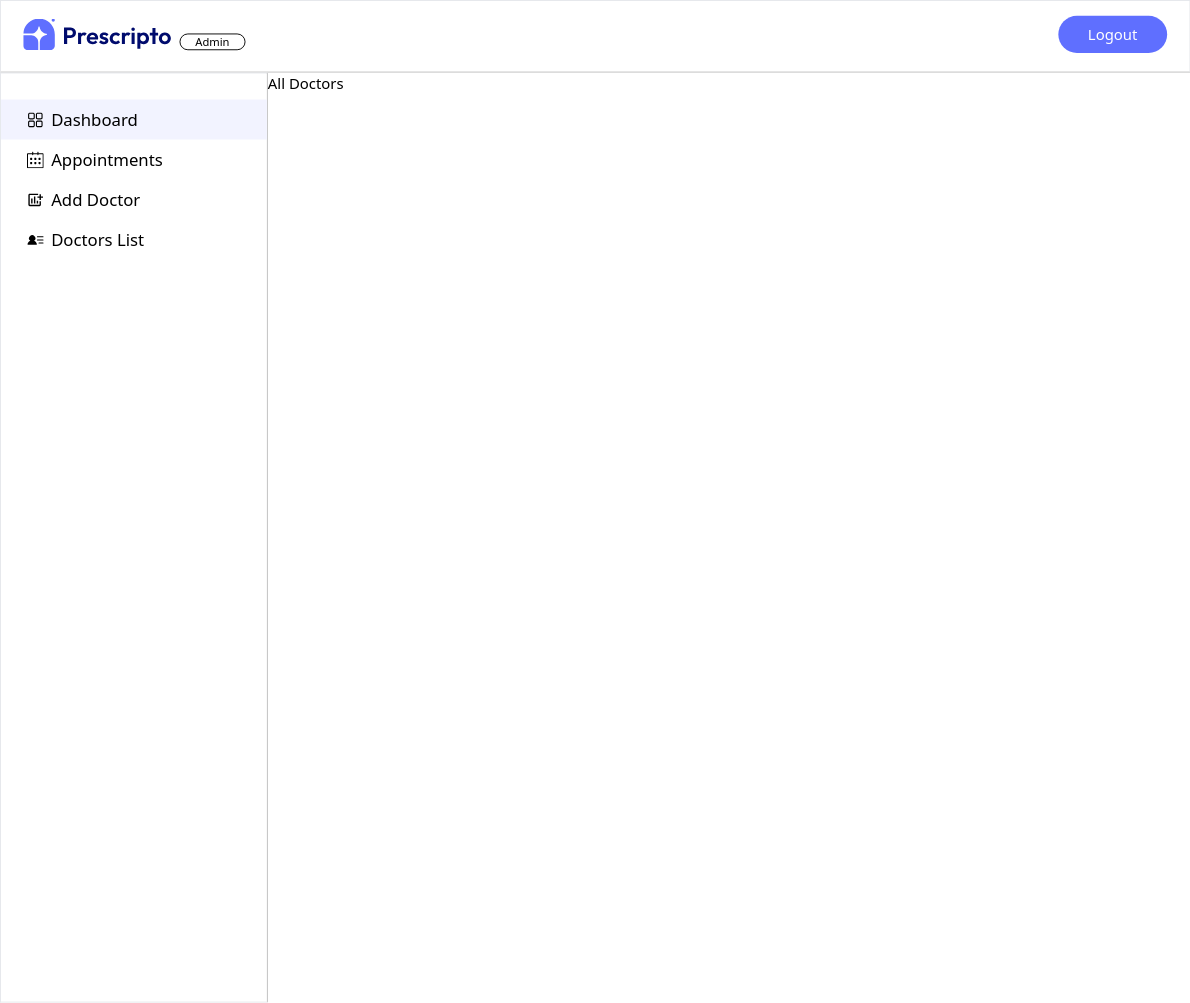
Repository: AzizHamdi99/Prescripto
Page: /doctorsList (app in AdminPanel/)
The author's editor kept a copy of each file at every save. The page is drawn from the files as they stood at one save, then again after the next save.
The browser window is 1280 px wide. The pictures show the whole page, at 93% of full size.
The page's requests for data from a server got no answer. The project was rebuilt for these pictures with package versions that can differ from the ones it lists, and the page was loaded fresh each time. No one was signed in, and anything a server would have sent is missing. Also part of the build but not shown: AdminPanel/vite.config.js, AdminPanel/src/componants/AddDoctor.jsx.

Above is the page before, as saved 2025-01-02 17:03:31.

### AdminPanel/src/main.jsx
import { StrictMode } from 'react'
import { createRoot } from 'react-dom/client'
import './index.css'
import App from './App.jsx'
import { BrowserRouter } from "react-router-dom";

createRoot(document.getElementById('root')).render(
  <BrowserRouter>
    <App />
  </BrowserRouter>,
)

### AdminPanel/src/App.jsx
import { useState } from 'react'
import{Route,Routes} from 'react-router-dom'

import './App.css'
import Navbar from './componants/Navbar'
import SideBar from './componants/SideBar'
import AddDoctor from './componants/AddDoctor'
import DocotorsList from './componants/DocotorsList'

function App() {


  return (
    <div>
      <Navbar/>
      <div className='flex'>
      <SideBar/>
      <Routes>
      <Route path='/addDoctor' element={<AddDoctor/>}/>
      <Route path='/doctorsList' element={<DocotorsList/>}/>
      </Routes>
      </div>
    </div>

  )
}

export default App

### AdminPanel/src/componants/Navbar.jsx
import React from 'react'
import { assets } from '../../../frontend/src/assets/assets_frontend/assets'

function Navbar() {
  return (
    <div className='flex items-center justify-between px-6 py-4 pb-5 border-b-[#BEBEBE] border-[1px]  '>
        <div className='flex items-center justify-center'>
        <img src={assets.logo} alt="" className=' w-40 mr-2'  />
         <p className=' px-4 border-black border 1 rounded-xl font-light text-xs relative top-2'>Admin</p>
                </div>
        <span className='py-2 px-8 rounded-3xl bg-[#5F6FFF] text-white'>Logout</span>



    </div>
  )
}

export default Navbar

### AdminPanel/src/componants/SideBar.jsx
import React from 'react'
import { assets } from '../../../frontend/src/assets/assets_frontend/assets'
import { RxDashboard } from "react-icons/rx";
import { SlCalender } from "react-icons/sl";
import { MdAddChart } from "react-icons/md";
import { PiUserListFill } from "react-icons/pi";
import { useNavigate } from 'react-router-dom';


function SideBar() {
  const navigate=useNavigate();
  return (
    <div className='flex flex-col py-7 w-72 text-[18px] border-r-[#BEBEBE] border-[1px] h-[1000px]'>
        <div className='flex items-center gap-2  px-7 py-2 bg-[#F2F3FF] cursor-pointer'>
        <RxDashboard />
        <p>Dashboard</p>
        </div>
        <div className='flex items-center gap-2 px-7 py-2  cursor-pointer' >
        <SlCalender />
        <p>Appointments</p>
        </div>
        <div onClick={()=>navigate("/addDoctor")} className='flex items-center gap-2 px-7 py-2  cursor-pointer'>
        <MdAddChart />
        <p>Add Doctor</p>
        </div>
        <div onClick={()=>navigate("/doctorsList")}  className='flex items-center gap-2 px-7 py-2  cursor-pointer'>
        <PiUserListFill />
        <p>Doctors List</p>
        </div>

    </div>
  )
}

export default SideBar

### AdminPanel/src/componants/DocotorsList.jsx
import React, { useEffect, useState } from 'react'
import axios from 'axios'

function DocotorsList() {
const [data,setData]=useState([])
    useEffect(()=>{
        const fetchData=async()=>{
            try{
                const response= await axios.get('http://localhost:3000/api/doctors/getAllDoctors')
                console.log(response.data)
                setData(response.data);

            }catch(error){
                console.error('eroorr fetching daata',error)
            }


        }
        fetchData()
     },[])


  return (
    <div>
        <p>All Doctors</p>
        <div className='grid grid-cols-5 gap-5 '>
            {data.map((item,index)=>(
                <dir className='border-[1px] border-[#C9D8FF]'>
                 <img className='w-[180px] h-[216px] bg-[#EAEFFF] rounded-t-[12px]' src={`http://localhost:3000/${item.image}`} alt="" />
                 <p>{item.name}</p>
                 <p>{item.speciality}</p>


                </dir>
            ))}


        </div>


    </div>
  )
}

export default DocotorsList

### frontend/src/assets/assets_frontend/assets.js
import appointment_img from './appointment_img.png'
import header_img from './header_img.png'
import group_profiles from './group_profiles.png'
import profile_pic from './profile_pic.png'
import contact_image from './contact_image.png'
import about_image from './about_image.png'
import logo from './logo.svg'
import dropdown_icon from './dropdown_icon.svg'
import dropup_icon from './arrow-drop-up.svg'
import menu_icon from './menu_icon.svg'
import cross_icon from './cross_icon.png'
import chats_icon from './chats_icon.svg'
import verified_icon from './verified_icon.svg'
import arrow_icon from './arrow_icon.svg'
import info_icon from './info_icon.svg'
import upload_icon from './upload_icon.png'
import stripe_logo from './stripe_logo.png'
import razorpay_logo from './razorpay_logo.png'
import doc1 from './doc1.png'
import doc2 from './doc2.png'
import doc3 from './doc3.png'
import doc4 from './doc4.png'
import doc5 from './doc5.png'
import doc6 from './doc6.png'
import doc7 from './doc7.png'
import doc8 from './doc8.png'
import doc9 from './doc9.png'
import doc10 from './doc10.png'
import doc11 from './doc11.png'
import doc12 from './doc12.png'
import doc13 from './doc13.png'
import doc14 from './doc14.png'
import doc15 from './doc15.png'
import Dermatologist from './Dermatologist.svg'
import Gastroenterologist from './Gastroenterologist.svg'
import General_physician from './General_physician.svg'
import Gynecologist from './Gynecologist.svg'
import Neurologist from './Neurologist.svg'
import Pediatricians from './Pediatricians.svg'


export const assets = {
    appointment_img,
    header_img,
    group_profiles,
    logo,
    chats_icon,
    verified_icon,
    info_icon,
    profile_pic,
    arrow_icon,
    contact_image,
    about_image,
    menu_icon,
    cross_icon,
    dropdown_icon,
    upload_icon,
    stripe_logo,
    razorpay_logo,
    dropup_icon
}

export const specialityData = [
    {
        speciality: 'General physician',
        image: General_physician
    },
    {
        speciality: 'Gynecologist',
        image: Gynecologist
    },
    {
        speciality: 'Dermatologist',
        image: Dermatologist
    },
    {
        speciality: 'Pediatricians',
        image: Pediatricians
    },
    {
        speciality: 'Neurologist',
        image: Neurologist
    },
    {
        speciality: 'Gastroenterologist',
        image: Gastroenterologist
    },
]

export const doctors = [
    {
        _id: 'doc1',
        name: 'Dr. Richard James',
        image: doc1,
        speciality: 'General physician',
        degree: 'MBBS',
        experience: '4 Years',
        about: 'Dr. Davis has a strong commitment to delivering comprehensive medical care, focusing on preventive medicine, early diagnosis, and effective treatment strategies. Dr. Davis has a strong commitment to delivering comprehensive medical care, focusing on preventive medicine, early diagnosis, and effective treatment strategies.',
        fees: 50,
        address: {
            line1: '17th Cross, Richmond',
            line2: 'Circle, Ring Road, London'
        }
    },
    {
        _id: 'doc2',
        name: 'Dr. Emily Larson',
        image: doc2,
        speciality: 'Gynecologist',
        degree: 'MBBS',
        experience: '3 Years',
        about: 'Dr. Davis has a strong commitment to delivering comprehensive medical care, focusing on preventive medicine, early diagnosis, and effective treatment strategies. Dr. Davis has a strong commitment to delivering comprehensive medical care, focusing on preventive medicine, early diagnosis, and effective treatment strategies.',
        fees: 60,
        address: {
            line1: '27th Cross, Richmond',
            line2: 'Circle, Ring Road, London'
        }
    },
    {
        _id: 'doc3',
        name: 'Dr. Sarah Patel',
        image: doc3,
        speciality: 'Dermatologist',
        degree: 'MBBS',
        experience: '1 Years',
        about: 'Dr. Davis has a strong commitment to delivering comprehensive medical care, focusing on preventive medicine, early diagnosis, and effective treatment strategies. Dr. Davis has a strong commitment to delivering comprehensive medical care, focusing on preventive medicine, early diagnosis, and effective treatment strategies.',
        fees: 30,
        address: {
            line1: '37th Cross, Richmond',
            line2: 'Circle, Ring Road, London'
        }
    },
    {
        _id: 'doc4',
        name: 'Dr. Christopher Lee',
        image: doc4,
        speciality: 'Pediatricians',
        degree: 'MBBS',
        experience: '2 Years',
        about: 'Dr. Davis has a strong commitment to delivering comprehensive medical care, focusing on preventive medicine, early diagnosis, and effective treatment strategies. Dr. Davis has a strong commitment to delivering comprehensive medical care, focusing on preventive medicine, early diagnosis, and effective treatment strategies.',
        fees: 40,
        address: {
            line1: '47th Cross, Richmond',
            line2: 'Circle, Ring Road, London'
        }
    },
    {
        _id: 'doc5',
        name: 'Dr. Jennifer Garcia',
        image: doc5,
        speciality: 'Neurologist',
        degree: 'MBBS',
        experience: '4 Years',
        about: 'Dr. Davis has a strong commitment to delivering comprehensive medical care, focusing on preventive medicine, early diagnosis, and effective treatment strategies. Dr. Davis has a strong commitment to delivering comprehensive medical care, focusing on preventive medicine, early diagnosis, and effective treatment strategies.',
        fees: 50,
        address: {
            line1: '57th Cross, Richmond',
            line2: 'Circle, Ring Road, London'
        }
    },
    {
        _id: 'doc6',
        name: 'Dr. Andrew Williams',
        image: doc6,
        speciality: 'Neurologist',
        degree: 'MBBS',
        experience: '4 Years',
        about: 'Dr. Davis has a strong commitment to delivering comprehensive medical care, focusing on preventive medicine, early diagnosis, and effective treatment strategies. Dr. Davis has a strong commitment to delivering comprehensive medical care, focusing on preventive medicine, early diagnosis, and effective treatment strategies.',
        fees: 50,
        address: {
            line1: '57th Cross, Richmond',
            line2: 'Circle, Ring Road, London'
        }
    },
    {
        _id: 'doc7',
        name: 'Dr. Christopher Davis',
        image: doc7,
        speciality: 'General physician',
        degree: 'MBBS',
        experience: '4 Years',
        about: 'Dr. Davis has a strong commitment to delivering comprehensive medical care, focusing on preventive medicine, early diagnosis, and effective treatment strategies. Dr. Davis has a strong commitment to delivering comprehensive medical care, focusing on preventive medicine, early diagnosis, and effective treatment strategies.',
        fees: 50,
        address: {
            line1: '17th Cross, Richmond',
            line2: 'Circle, Ring Road, London'
        }
    },
    {
        _id: 'doc8',
        name: 'Dr. Timothy White',
        image: doc8,
        speciality: 'Gynecologist',
        degree: 'MBBS',
        experience: '3 Years',
        about: 'Dr. Davis has a strong commitment to delivering comprehensive medical care, focusing on preventive medicine, early diagnosis, and effective treatment strategies. Dr. Davis has a strong commitment to delivering comprehensive medical care, focusing on preventive medicine, early diagnosis, and effective treatment strategies.',
        fees: 60,
        address: {
            line1: '27th Cross, Richmond',
            line2: 'Circle, Ring Road, London'
        }
    },
    {
        _id: 'doc9',
        name: 'Dr. Ava Mitchell',
        image: doc9,
        speciality: 'Dermatologist',
        degree: 'MBBS',
        experience: '1 Years',
        about: 'Dr. Davis has a strong commitment to delivering comprehensive medical care, focusing on preventive medicine, early diagnosis, and effective treatment strategies. Dr. Davis has a strong commitment to delivering comprehensive medical care, focusing on preventive medicine, early diagnosis, and effective treatment strategies.',
        fees: 30,
        address: {
            line1: '37th Cross, Richmond',
            line2: 'Circle, Ring Road, London'
        }
    },
    {
        _id: 'doc10',
        name: 'Dr. Jeffrey King',
        image: doc10,
        speciality: 'Pediatricians',
        degree: 'MBBS',
        experience: '2 Years',
        about: 'Dr. Davis has a strong commitment to delivering comprehensive medical care, focusing on preventive medicine, early diagnosis, and effective treatment strategies. Dr. Davis has a strong commitment to delivering comprehensive medical care, focusing on preventive medicine, early diagnosis, and effective treatment strategies.',
        fees: 40,
        address: {
            line1: '47th Cross, Richmond',
            line2: 'Circle, Ring Road, London'
        }
    },
    {
        _id: 'doc11',
        name: 'Dr. Zoe Kelly',
        image: doc11,
        speciality: 'Neurologist',
        degree: 'MBBS',
        experience: '4 Years',
        about: 'Dr. Davis has a strong commitment to delivering comprehensive medical care, focusing on preventive medicine, early diagnosis, and effective treatment strategies. Dr. Davis has a strong commitment to delivering comprehensive medical care, focusing on preventive medicine, early diagnosis, and effective treatment strategies.',
        fees: 50,
        address: {
            line1: '57th Cross, Richmond',
            line2: 'Circle, Ring Road, London'
        }
    },
    {
        _id: 'doc12',
        name: 'Dr. Patrick Harris',
        image: doc12,
        speciality: 'Neurologist',
        degree: 'MBBS',
        experience: '4 Years',
        about: 'Dr. Davis has a strong commitment to delivering comprehensive medical care, focusing on preventive medicine, early diagnosis, and effective treatment strategies. Dr. Davis has a strong commitment to delivering comprehensive medical care, focusing on preventive medicine, early diagnosis, and effective treatment strategies.',
        fees: 50,
        address: {
            line1: '57th Cross, Richmond',
            line2: 'Circle, Ring Road, London'
        }
    },
    {
        _id: 'doc13',
        name: 'Dr. Chloe Evans',
        image: doc13,
        speciality: 'General physician',
        degree: 'MBBS',
        experience: '4 Years',
        about: 'Dr. Davis has a strong commitment to delivering comprehensive medical care, focusing on preventive medicine, early diagnosis, and effective treatment strategies. Dr. Davis has a strong commitment to delivering comprehensive medical care, focusing on preventive medicine, early diagnosis, and effective treatment strategies.',
        fees: 50,
        address: {
            line1: '17th Cross, Richmond',
            line2: 'Circle, Ring Road, London'
        }
    },
    {
        _id: 'doc14',
        name: 'Dr. Ryan Martinez',
        image: doc14,
        speciality: 'Gynecologist',
        degree: 'MBBS',
        experience: '3 Years',
        about: 'Dr. Davis has a strong commitment to delivering comprehensive medical care, focusing on preventive medicine, early diagnosis, and effective treatment strategies. Dr. Davis has a strong commitment to delivering comprehensive medical care, focusing on preventive medicine, early diagnosis, and effective treatment strategies.',
        fees: 60,
        address: {
            line1: '27th Cross, Richmond',
            line2: 'Circle, Ring Road, London'
        }
    },
    {
        _id: 'doc15',
        name: 'Dr. Amelia Hill',
        image: doc15,
        speciality: 'Dermatologist',
        degree: 'MBBS',
        experience: '1 Years',
        about: 'Dr. Davis has a strong commitment to delivering comprehensive medical care, focusing on preventive medicine, early diagnosis, and effective treatment strategies. Dr. Davis has a strong commitment to delivering comprehensive medical care, focusing on preventive medicine, early diagnosis, and effective treatment strategies.',
        fees: 30,
        address: {
            line1: '37th Cross, Richmond',
            line2: 'Circle, Ring Road, London'
        }
    },
]

Loaded but not shown: AdminPanel/index.html (common file); AdminPanel/src/index.css (common file); AdminPanel/tailwind.config.js (common file); AdminPanel/src/App.css (no stored copy; drawn as an empty file)

After the next save:
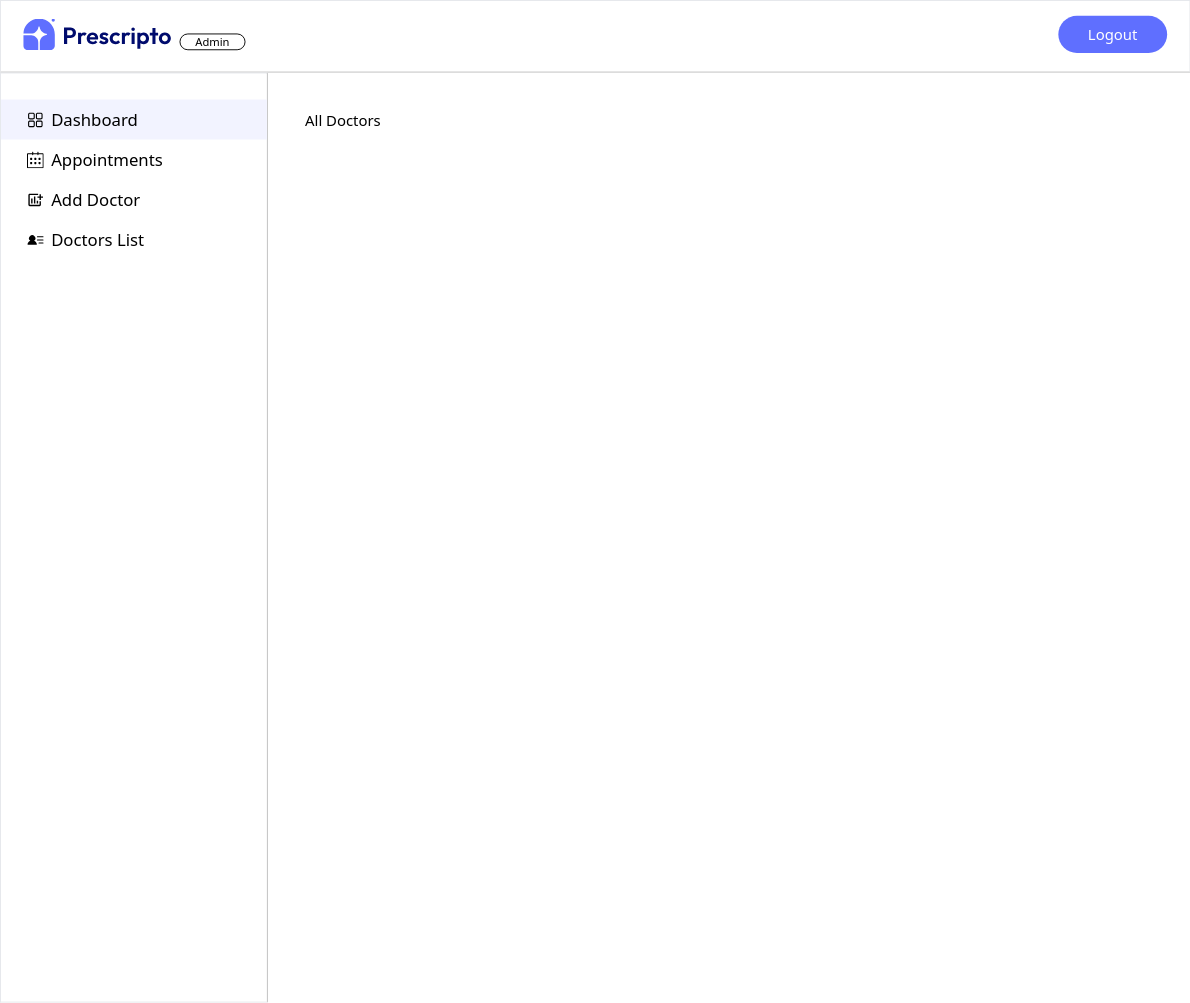
Saved 75 s later.
--- a/AdminPanel/src/componants/DocotorsList.jsx
+++ b/AdminPanel/src/componants/DocotorsList.jsx
@@ -21,7 +21,7 @@
 
 
   return (
-    <div>
+    <div className='p-10'>
         <p>All Doctors</p>
         <div className='grid grid-cols-5 gap-5 '>
             {data.map((item,index)=>(
